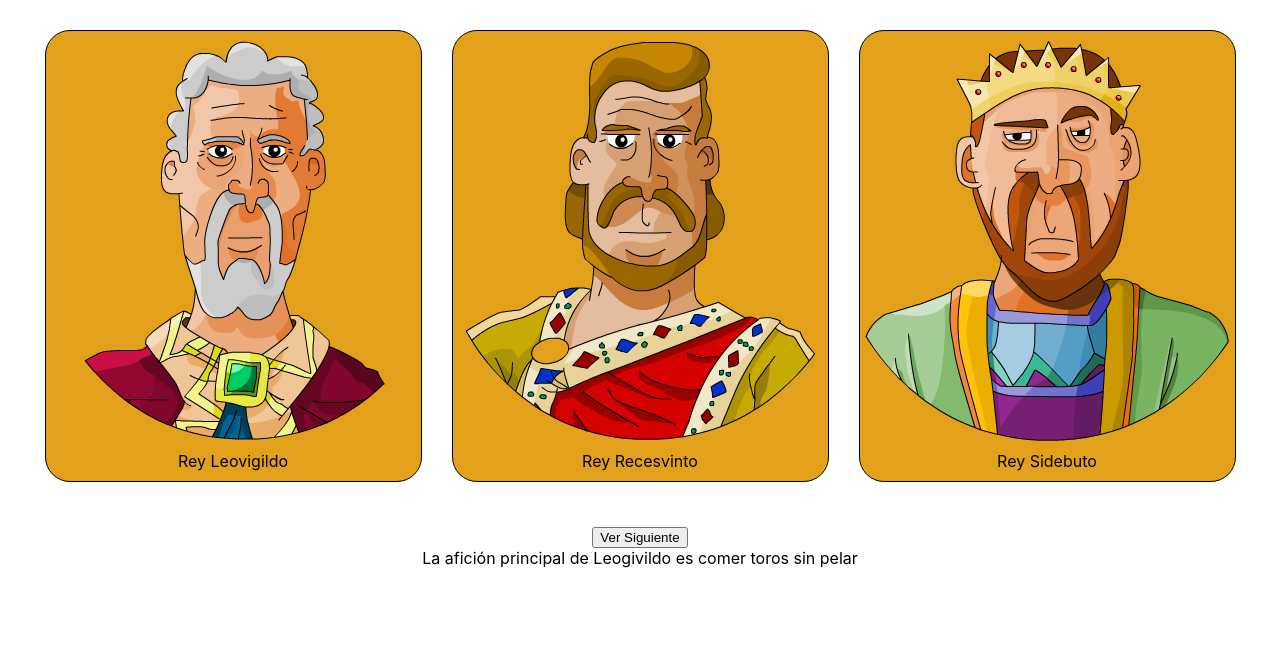
Repository: abgdev1997/ejercicios-react
Page: /
These files come from the project's save history. The page is drawn as it stood at one moment and after the next save; the edit follows.
The browser window is 1280 px wide. The pictures show the whole page.
The project was rebuilt for these pictures with package versions that can differ from the ones it lists, and the page was loaded fresh each time.

Above is the page before, as saved 2022-02-22 13:27:12.

After the next save:
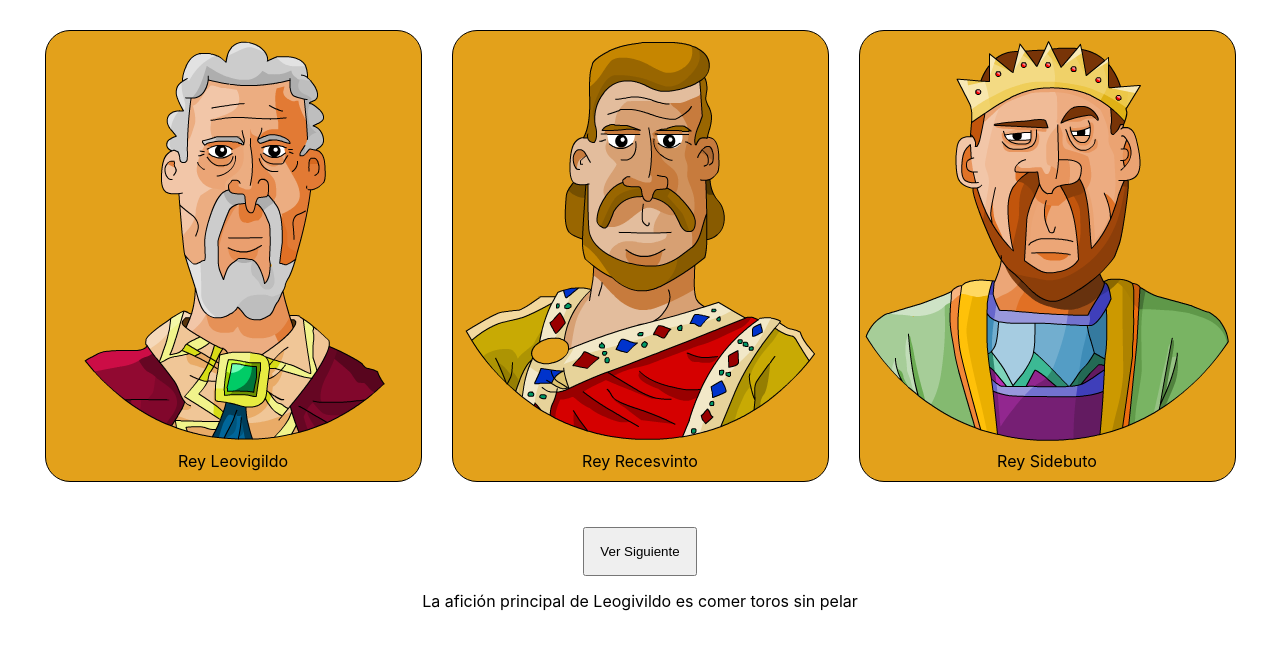
Saved 21 s later.
--- a/src/App.css
+++ b/src/App.css
@@ -20,6 +20,10 @@
   padding: 15px;
 }
 
+.mensaje{
+  padding: 15px;
+}
+
 .img{
   background-color:#E3A11B;
   border-radius: 25px;
